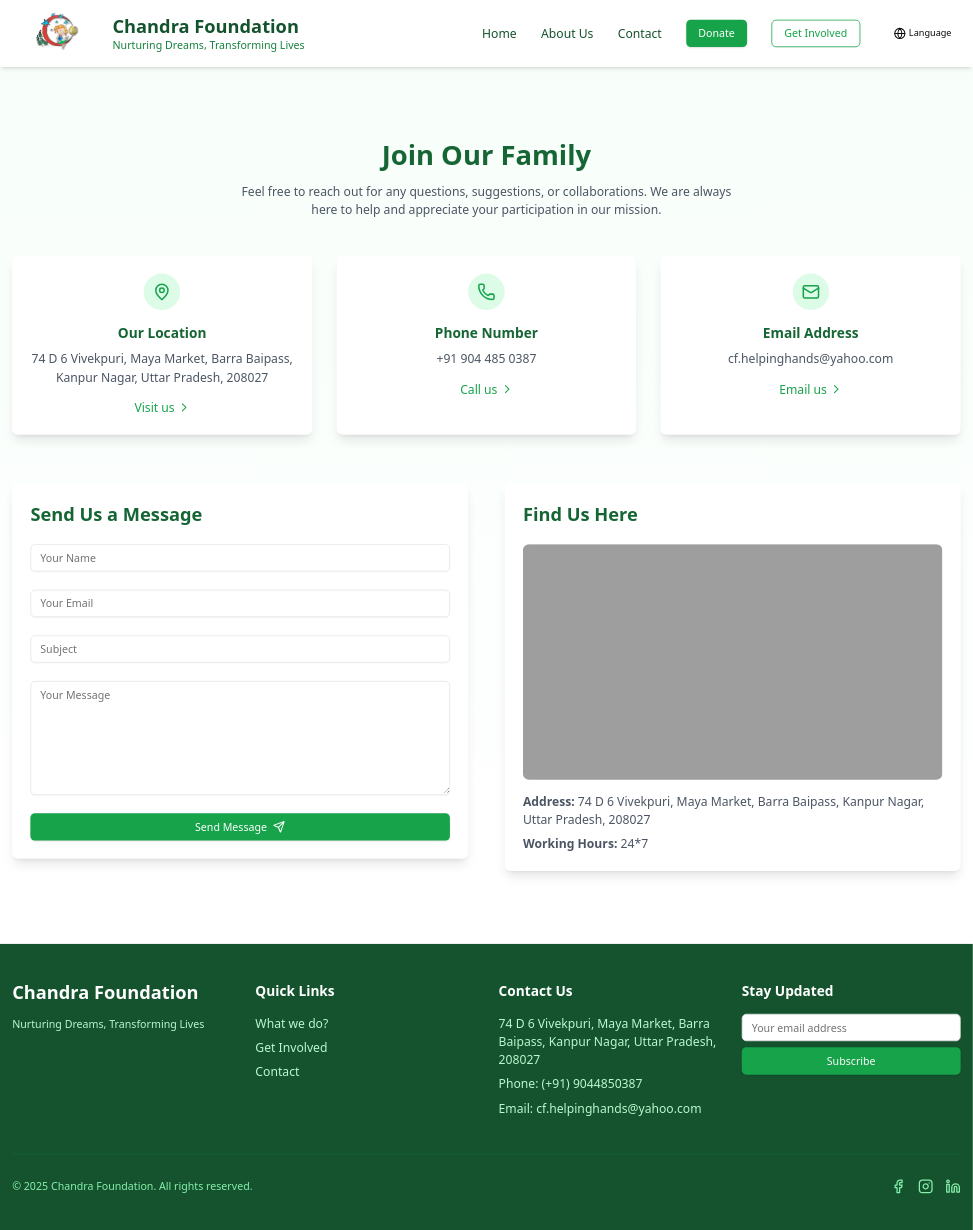
Repository: rajukumar2003/chandra-foundation
Page: /contactUs
These files come from the project's save history. The page is drawn as it stood at one moment and after a run of saves; the edit follows.
The browser window is 1280 px wide. The pictures show the whole page, at 76% of full size.
Pictures or frames that could not be fetched are drawn as grey boxes. The project was rebuilt for these pictures with package versions that can differ from the ones it lists, and the page was loaded fresh each time. The framework's server and built-in components were replaced by stand-ins that run in the browser. Also part of the build but not shown: next.config.ts.

Above is the page before, as saved 2025-04-15 07:08:41.

After the next 2 saves:
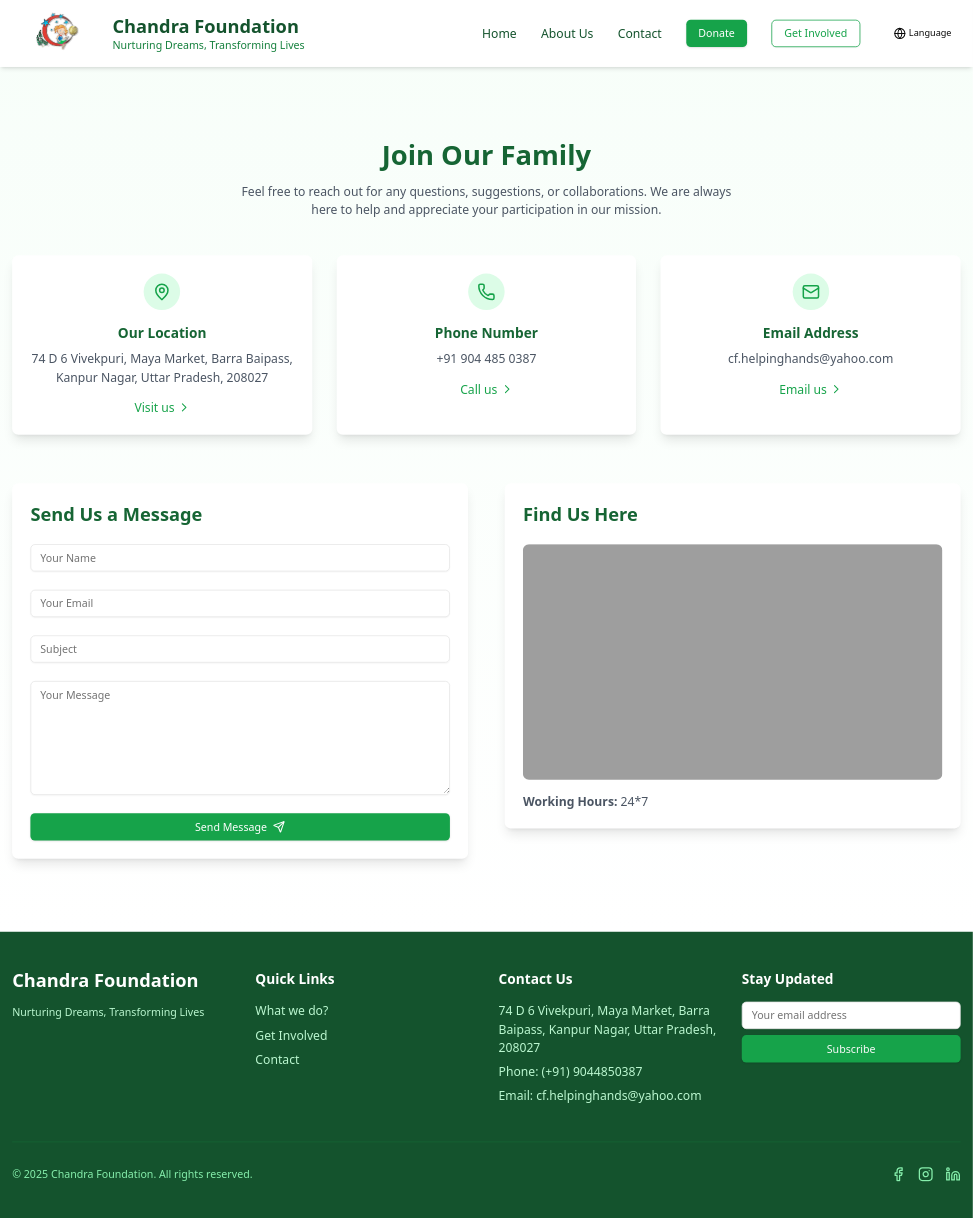
The 2 saves are shown as one change because they came seconds apart.
The last was saved 20 s later.
--- a/app/(root)/contactUs/page.tsx
+++ b/app/(root)/contactUs/page.tsx
@@ -240,7 +240,7 @@
             </div>
             <div className="mt-4 text-gray-600">
               <p className="mb-2">
-                <strong>Address:</strong> 74 D 6 Vivekpuri, Maya Market, Barra Baipass, Kanpur Nagar, Uttar Pradesh, 208027
+                {}
               </p>
               <p>
                 <strong>Working Hours:</strong> 24*7

After the save that followed:
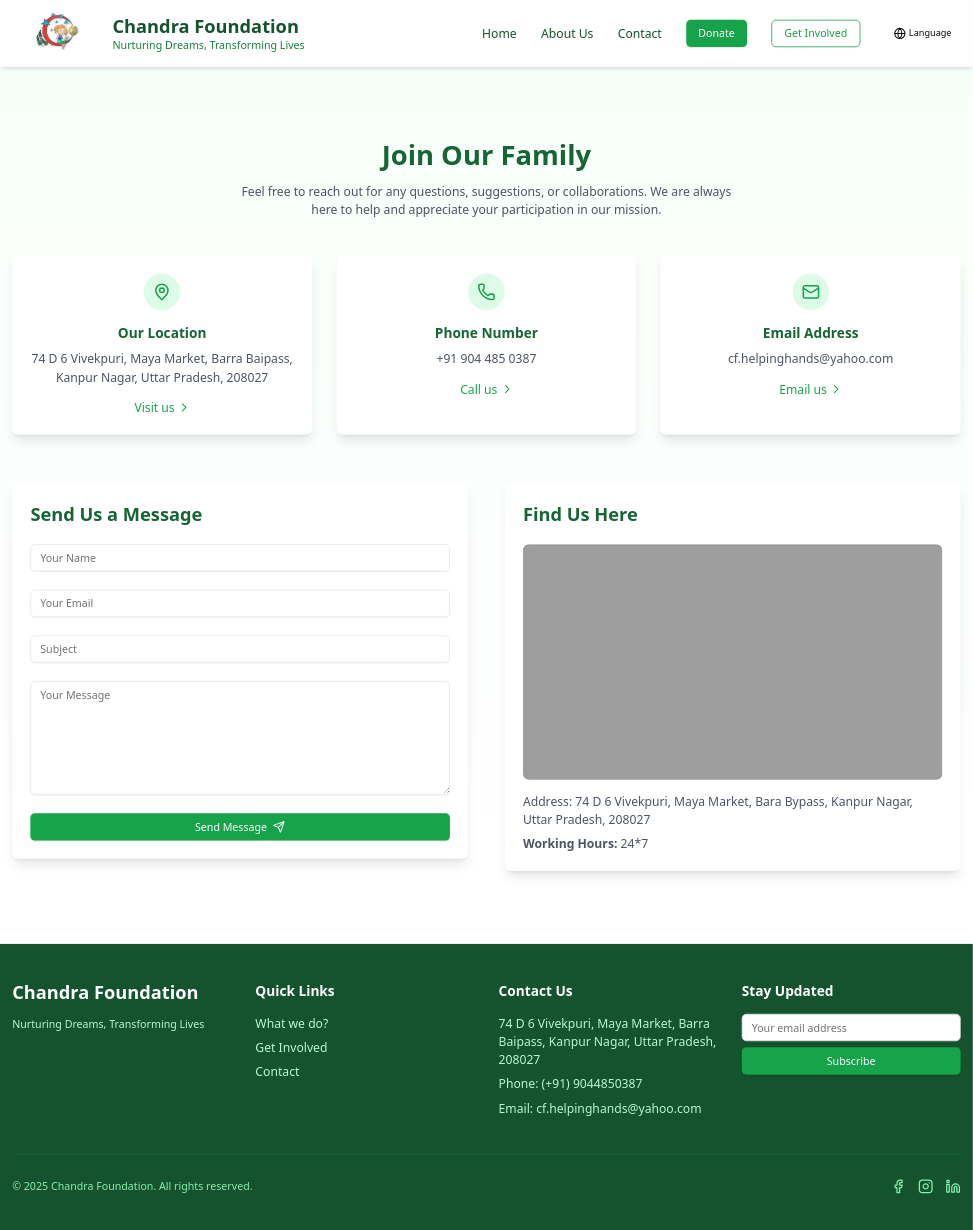
Saved 5 s later.
--- a/app/(root)/contactUs/page.tsx
+++ b/app/(root)/contactUs/page.tsx
@@ -240,7 +240,7 @@
             </div>
             <div className="mt-4 text-gray-600">
               <p className="mb-2">
-                {}
+                {translations.contact.address}
               </p>
               <p>
                 <strong>Working Hours:</strong> 24*7
